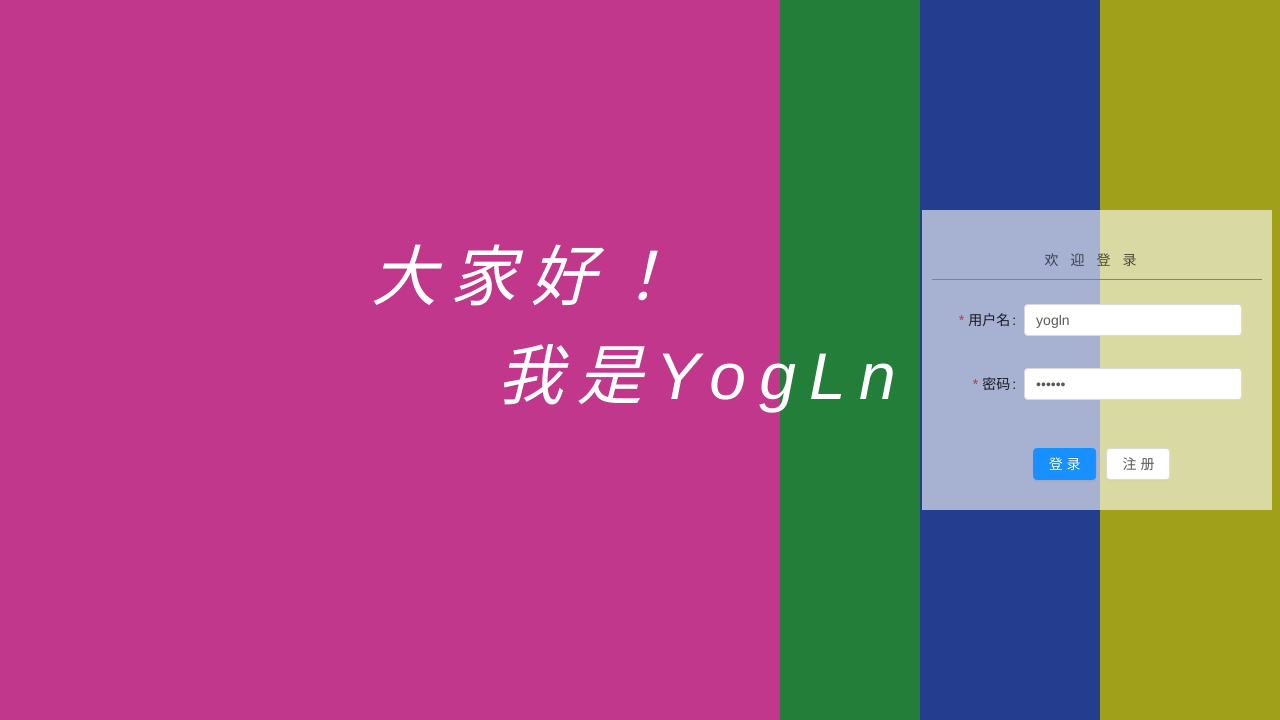
Repository: YogLn/theory-fre
Page: /register
An editor plug-in stored every save of this project. The page is shown before and after the next save, followed by the edit.
The browser window is 1280 px wide. The pictures show the whole page.
The project was rebuilt for these pictures with package versions that can differ from the ones it lists, and the page was loaded fresh each time.

Above is the page before, as saved 2021-07-22 16:46:27.

### src/App.vue
<template>
  <div id="app">
    <router-view />
  </div>
</template>

<style lang="less">
html,
body,
#app {
  height: 100%;
  font-family: 'Helvetica Neue', Helvetica, 'PingFang SC', 'Hiragino Sans GB',
    'Microsoft YaHei', '微软雅黑', Arial, sans-serif;
  // background: url('./assets/img/home.jpg') no-repeat center;
  background-attachment: fixed;
  background-size: 100% 100%;
}
</style>

### src/router/index.js
import Vue from 'vue'
import VueRouter from 'vue-router'

const Login = () => import('../pages/login/Login.vue')
const Home = () => import('../pages/home/Home.vue')
const Register = () => import('../pages/login/Register.vue')
const Moment = () => import('../pages/moment/Moment.vue')
const Publish = () => import('../pages/moment/Publish.vue')
const Mine = () => import('../pages/mine/Mine.vue')
const Comment = () => import('../components/comment/Comment.vue')

Vue.use(VueRouter)

const routes = [
  {
    path: '',
    redirect: '/login'
  },
  {
    path: '/login',
    component: Login
  },
  {
    path: '/register',
    component: Register
  },
  {
    path: '/home',
    component: Home,
    redirect: '/moment',
    children: [
      {
        path: '/moment',
        component: Moment
      },
      {
        path: '/upload',
        component: Publish
      },
      {
        path: '/moment/:momentId',
        component: Comment
      },
      {
        path: '/mine',
        component: Mine
      },
    ]
  }
]

const router = new VueRouter({
  mode: 'history',
  base: process.env.BASE_URL,
  routes
})

// 挂载路由导航守卫
router.beforeEach((to, from, next) => {
  if (to.path == '/login') return next()
  // 获取 token
  const tokenStr = window.sessionStorage.getItem('token')
  if (!tokenStr) return next('/login')
  next()
})

export default router

### src/network/request.js
import axiox from 'axios'
import { BASE_URL, TIMEOUT } from './config'
const instance = axiox.create({
  baseURL: BASE_URL,//baseURL会在发送请求的时候拼接在url参数的前面
  timeout: TIMEOUT
})

instance.interceptors.request.use(function (config) {
  config.headers.Authorization = window.sessionStorage.getItem('token')
  return config;
}, function (error) {
  // 对请求错误做些什么
  return Promise.reject(error);
});

// 添加响应拦截器
//此处可以根据服务器的返回状态码做响应的处理
//404 404 500
instance.interceptors.response.use(function (response) {
  // 对响应数据做点什么

  return response;
}, function (error) {
  // 对响应错误做点什么
  return Promise.reject(error);
});

export function get (url, params) {
  return instance.get(url, {
    params
  })
}

export function post (url, data) {
  return instance.post(url, data)
}

export function del (url) {
  return instance.delete(url)
}

export function put (url, data) {
  return instance.put(url, data)
}

### src/pages/login/Login.vue
<template>
  <div class="container">
    <div class="item yellow">
      <p>大家好！<br />&nbsp;&nbsp;&nbsp;&nbsp;我是YogLn</p>
    </div>
    <div class="item blue">
      <p>大家好！<br />&nbsp;&nbsp;&nbsp;&nbsp;我是YogLn</p>
    </div>
    <div class="item green">
      <p>大家好！<br />&nbsp;&nbsp;&nbsp;&nbsp;我是YogLn</p>
    </div>
    <div class="item pink">
      <p>大家好！<br />&nbsp;&nbsp;&nbsp;&nbsp;我是YogLn</p>
    </div>
    <div class="login-box">
      <div class="login-header">
        <span>欢迎登录</span>
      </div>
      <div class="login-form">
        <a-form-model ref="loginFormRef"
                      :model="loginForm"
                      v-bind="layout"
                      :rules="loginFormRules">
          <a-form-model-item label="用户名"
                             prop="name">
            <a-input v-model="loginForm.name"
                     type="text"
                     autocomplete="off"
                     placeholder="请输入用户名" />
          </a-form-model-item>
          <a-form-model-item label="密码"
                             prop="password">
            <a-input v-model="loginForm.password"
                     type="password"
                     autocomplete="off"
                     placeholder="请输入密码" />
          </a-form-model-item>
        </a-form-model>
      </div>
      <div class="login-btn">
        <a-button type="primary"
                  class="btn-login"
                  @click="login">登录</a-button>
        <a-button @click="register">注册</a-button>
      </div>
    </div>
  </div>
</template>

<script>
import { Mixin } from '../../mixin'
export default {
  mixins: [Mixin],
  created() { },
  data() {
    return {
      loginForm: {
        name: 'yogln',
        password: '123456',
      },
    }
  },
  methods: {
    async login() {
      const res = await this.$http.post('/login', this.loginForm)
      if (res.status !== 200) {
        return this.$message.error('登录失败')
      }
      window.sessionStorage.setItem('token', res.data.token)
      window.sessionStorage.setItem('id', res.data.id)
      this.$message.success('登录成功')
      this.$router.push('/home')
    },
    register() {
      this.$router.push('/register')
    },
  },
}
</script>

<style lang="less" scoped>
.container {
  height: 100vh;
  position: relative;

  .item {
    position: absolute;
    width: 100%;
    height: 100%;
    top: 0;
    left: 0;
    display: flex;
    justify-content: center;
    align-items: center;
    font-size: 66px;
    font-style: italic;
    transform: translate(-100%);
  }

  .item p {
    letter-spacing: 0.2em;
    color: #fff;
    transform: translateX(-190%);
  }

  .yellow {
    background-color: rgb(160, 160, 26);
    animation: bg 0.3s linear forwards;
  }
  .yellow p {
    animation: text 3s 0.3s cubic-bezier(0, 0.49, 0, 1) forwards;
  }

  .blue {
    background-color: rgb(36, 61, 143);
    clip: rect(0, 1100px, 100vh, 0);
    animation: bg 2.4s 0.6s cubic-bezier(0, 0.49, 0, 1) forwards;
  }
  .blue p {
    animation: text 2.4s 0.6s cubic-bezier(0, 0.49, 0, 1) forwards;
  }

  .green {
    background-color: rgb(34, 126, 57);
    clip: rect(0, 920px, 100vh, 0);
    animation: bg 2.1s 0.9s cubic-bezier(0, 0.49, 0, 1) forwards;
  }
  .green p {
    animation: text 2.1s 0.9s cubic-bezier(0, 0.49, 0, 1) forwards;
  }

  .pink {
    background-color: rgb(192, 55, 139);
    clip: rect(0, 780px, 100vh, 0);
    animation: bg 1.8s 1.2s cubic-bezier(0, 0.49, 0, 1) forwards;
  }
  .pink p {
    animation: text 1.8s 1.2s cubic-bezier(0, 0.49, 0, 1) forwards;
  }

  @keyframes bg {
    from {
      transform: translate(-100%);
    }
    to {
      transform: translateX(0);
    }
  }

  @keyframes text {
    from {
      transform: translate(-190%);
    }
    to {
      transform: translateX(0);
    }
  }

  .login-box {
    display: relative;
    padding: 40px 10px;
    width: 350px;
    height: 300px;
    background: rgba(255, 255, 255, 0.6);
    position: fixed;
    left: 72%;
    top: 50%;
    transform: translateY(-50%);
    .login-header {
      margin-top: -10px;
      display: flex;
      justify-content: center;
      height: 40px;
      line-height: 40px;
      border-bottom: 1.6px solid #818679;
      span {
        text-align: center;
        letter-spacing: 12px;
      }
    }
    .login-form {
      padding: 20px;
    }
    .login-btn {
      position: absolute;
      left: 50%;
      transform: translateX(-50%);
      .btn-login {
        margin: 0 10px;
      }
    }
  }
}
</style>

### src/network/config.js
const devBaseURL = "http://121.4.100.103:5000";
const proBaseURL = "http://121.4.100.103:5000";
export const BASE_URL = process.env.NODE_ENV === 'development' ? devBaseURL: proBaseURL;

export const TIMEOUT = 5000;

### src/mixin.js
export const Mixin = {
  data() {
    return {
      loginFormRules:  {
        name: [{ required: true, message: '请输入用户名', trigger: 'blur' }],
        password: [{ required: true, message: '请输入密码', trigger: 'blur' }]
      },

      layout: {
        labelCol: { span: 6 },
        wrapperCol: { span: 18 },
      },
    }
  },
}

Loaded but not shown: public/index.html (common file); src/main.js (common file); src/store/index.js (common file); src/assets/css/reset.css (common file)

After the next save:
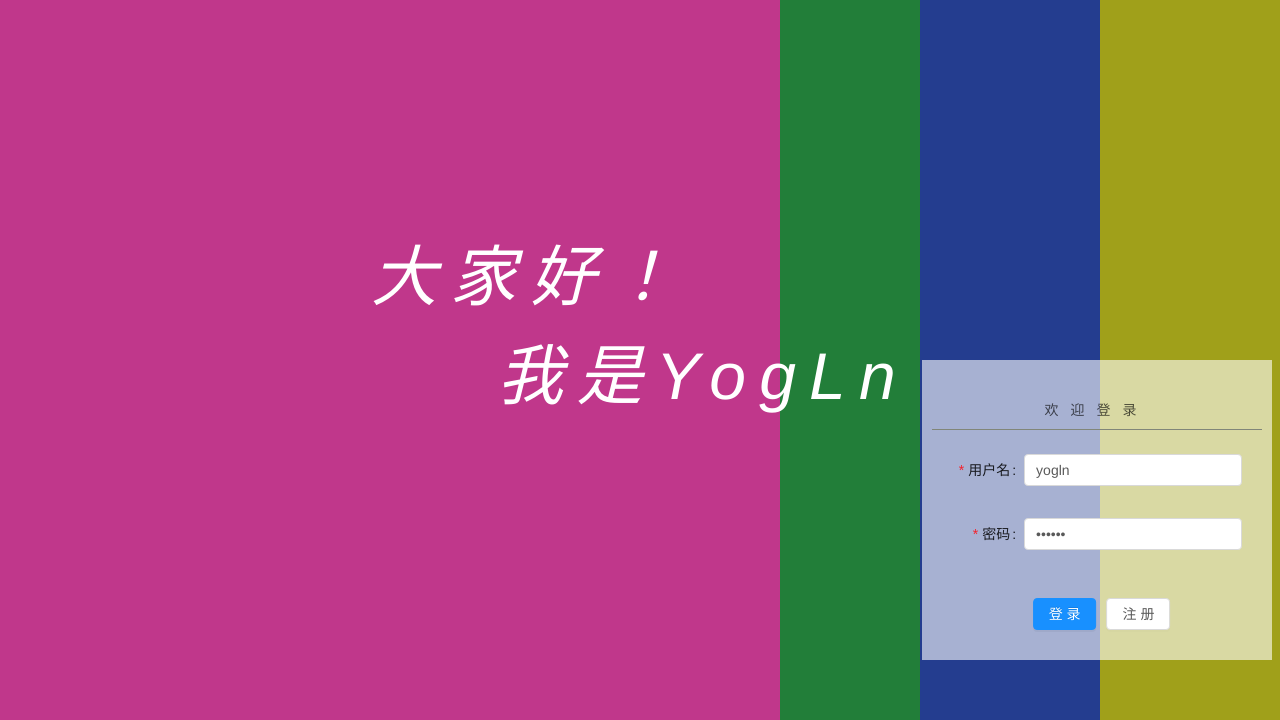
Saved 48 s later.
--- a/src/pages/login/Login.vue
+++ b/src/pages/login/Login.vue
@@ -157,6 +157,7 @@
   }
 
   .login-box {
+    animation: bg 1.8s 1.2s cubic-bezier(0, 0.49, 0, 1) forwards;
     display: relative;
     padding: 40px 10px;
     width: 350px;

After the save that followed:
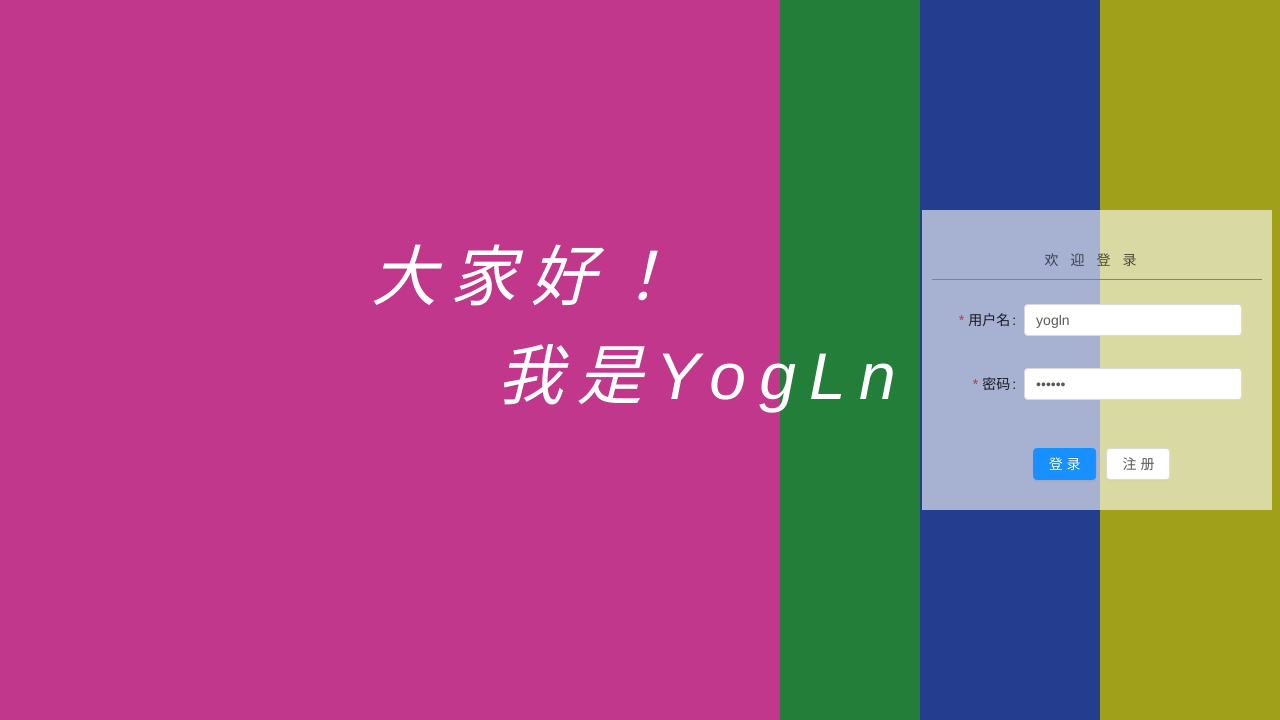
Saved 35 s later.
--- a/src/pages/login/Login.vue
+++ b/src/pages/login/Login.vue
@@ -157,7 +157,6 @@
   }
 
   .login-box {
-    animation: bg 1.8s 1.2s cubic-bezier(0, 0.49, 0, 1) forwards;
     display: relative;
     padding: 40px 10px;
     width: 350px;
